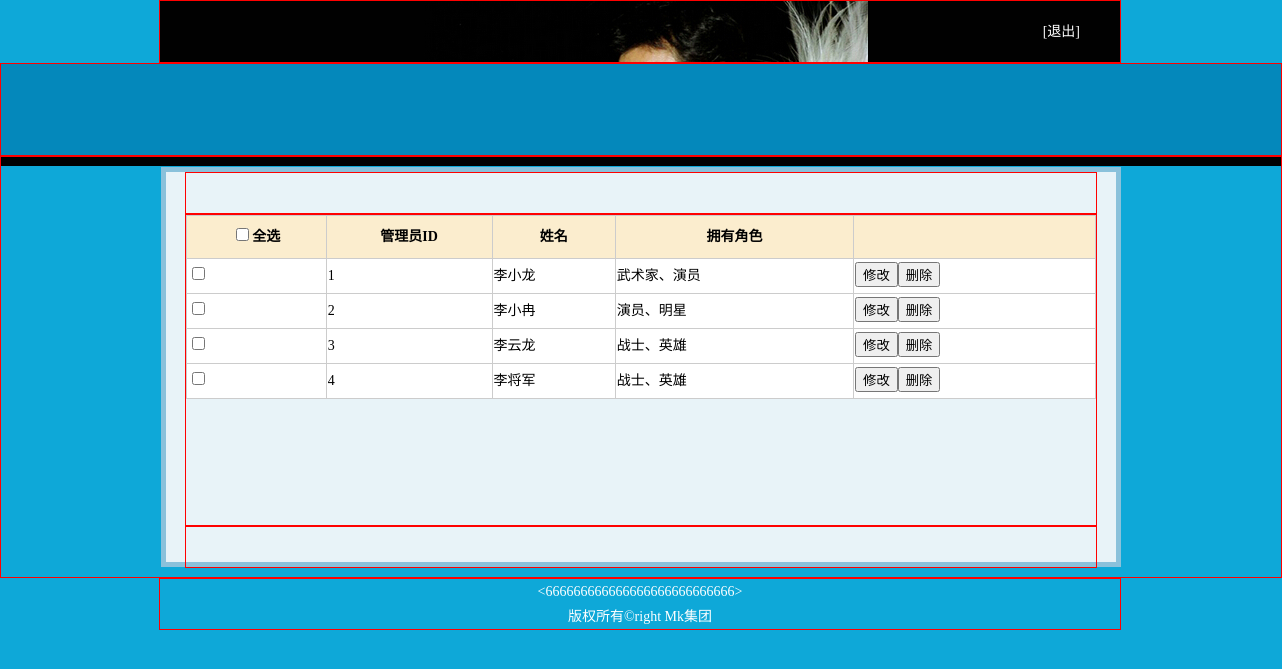
Repository: MasterKweng/workspace
Page: WebBasic/WebContent/Day02/demo6.html
An editor plug-in stored every save of this project. The page is shown before and after the next save, followed by the edit.
The browser window is 1280 px wide. The page is 1282 px wide, so the pictures cover 1282 px, including what lies to the right of the window. The pictures show the whole page.

Above is the page before, as saved 2018-01-04 08:11:27.

### WebBasic/WebContent/Day02/demo6.html
<!doctype html>
<html>
	<head>
		<title>管理员列表</title>
		<meta charset="utf-8"/>
		<style>
		/*设置页面整体布局*/
		/*body内外边距都是0*/
		body{
			background-color:#0EA8D8;
			padding:0;
			margin:0;
		}
		/*为了便于调试，设置出div边框，待完成时再去掉*/
		/*div统一设置为水平居中*/
		div {
			border:1px solid red;
			margin:0 auto;
		}
		/*分别设置各个div的宽高*/
		#logo{
			width:960px;
			height:61px;
		}
		#nav{
			width:100%;
			height:91px;
		}
		#main{
			width:100%;
			height:410px;
			padding:10px 0 0 0;
		}
		#copyright{
			width:960px;
			height:50px;
		}
		#content{
			width:950px;
			height:390px;
			border:5px solid #8ac1db;
		}
		#operate,#page{
			width:910px;
			height:40px;
		}
		#data{
			width:910px;
			height:310px;
		}
		/*设置背景色与背景图*/
		body{
			background-color:#0EA8D8;
			}
		#nav{
			background-color:#0488BB;
		}
		#content{
			background-color:#e8f3f8;
		}
		#logo{
			background-image:url(../img/leslie.jpg);
		}
		#main{
			background:url(../img/b.jpg) repeat-x top;
		}
		/*设置文本格式*/
		body{
			font-family:'微软雅黑';
			font-size:14px;
		}
		#logo,#copyright{
			color:#fff;
		}
		#logo a:link{
			color:#fff;

		}
		#logo a:visited{
			color:#fff;
		}
		#logo a{
			text-decoration:none;
			margin-right:40px;
			line-height:61px;
		}
		#logo{
			text-align:right;
		}
		#logo a:hover{
			font-weight:bold;
		}
		#copyright p{
			text-align:center;
			margin:0;
			line-height:25px;
		}
		/*设置表格的样式*/
		table{
			width:910px;
			border:1px solid blue;
			background-color:#fff;
			border-collapse:collapse;
		}
		table thead th{
			border:1px solid #ccc;
			height:40px;
			line-height:40px;
			background-color:#fbedce;
		}
		table tbody td {
			border:1px solid #ccc;
			height:32px;
			line-height:32px;
			text-algin:center;
		}
		</style>
	</head>
	<body>
		<!-- logo区 -->
		<div id="logo">
		<a href="#">[退出]</a>
		</div>
		<!-- 导航区 -->
		<div id="nav"></div>
		<!-- 核心区 -->
		<div id="main">
			<!-- 内容区 -->
			<div id="content">
				<!-- 操作区 -->
				<div id="operate"></div>
				<!-- 数据区 -->
				<div id="data">
					<table>
					<thead>
					<tr><th><input type="checkbox" id="check_all"/><label for="check_all">全选</label></th>
					<th>管理员ID</th><th>姓名</th><th>拥有角色</th><th></th></tr>
					</thead>
					<tbody>
					<tr>
					<td><input type="checkbox" id="1"/></td>
					<td>1</td><td>李小龙</td><td>武术家、演员</td>
					<td><input type="button" value="修改" class="modify"/><input type="button" value="删除" class="delete"/></td>
					</tr>
					<tr><td><input type="checkbox" id="2"/></td>
					<td>2</td><td>李小冉</td><td>演员、明星</td>
					<td><input type="button" value="修改" class="modify"/><input type="button" value="删除" class="delete"/></td>
					</tr>
					<tr><td><input type="checkbox" id="3"/></td>
					<td>3</td><td>李云龙</td><td>战士、英雄</td>
					<td><input type="button" value="修改" class="modify"/><input type="button" value="删除" class="delete"/></td>
					</tr>
					<tr><td><input type="checkbox" id="4"/></td>
					<td>4</td><td>李将军</td><td>战士、英雄</td>
					<td><input type="button" value="修改" class="modify"/><input type="button" value="删除" class="delete"/></td>
					</tr>
					</tbody>
					</table>
				</div>
				<!-- 分页区 -->
				<div id="page"></div>
			</div>
		</div>
		<!-- 版权区 -->
		<div id="copyright">
		<p>
		<666666666666666666666666666>
		</p>
		<p>
		版权所有&copyright Mk集团
		</p>
		</div>
	</body>
</html>

After the next save:
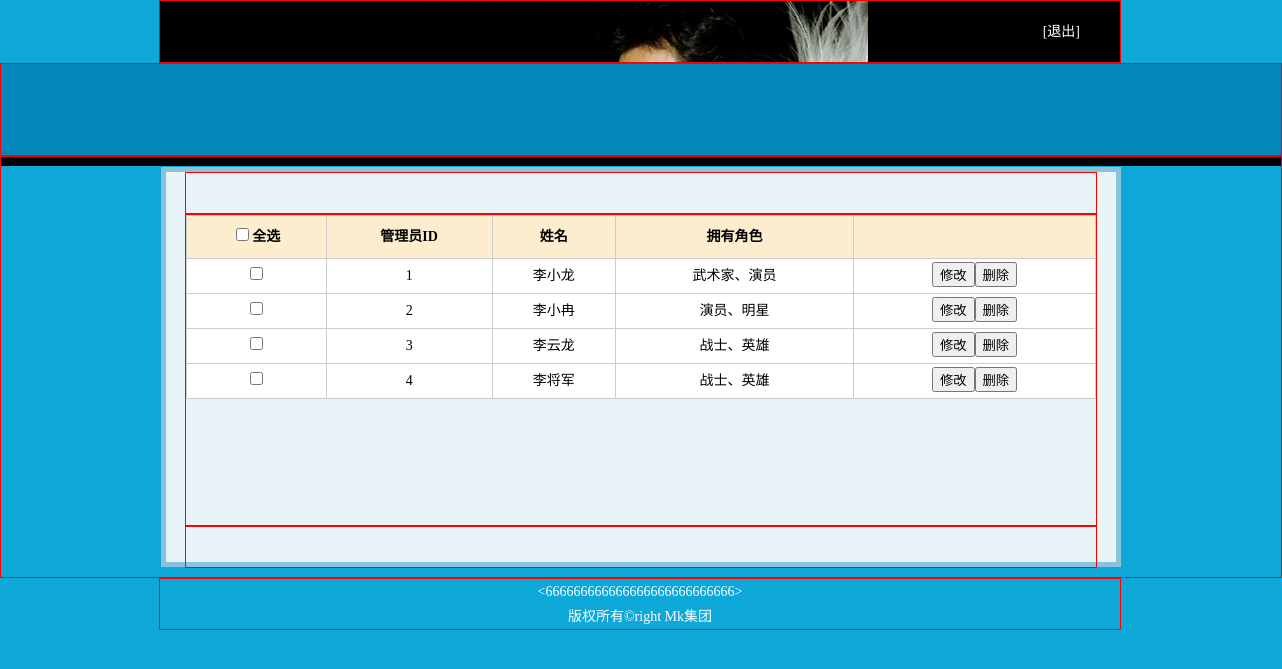
Saved 20 s later.
--- a/WebBasic/WebContent/Day02/demo6.html
+++ b/WebBasic/WebContent/Day02/demo6.html
@@ -112,7 +112,7 @@
 			border:1px solid #ccc;
 			height:32px;
 			line-height:32px;
-			text-algin:center;
+			text-align:center;
 		}
 		</style>
 	</head>
